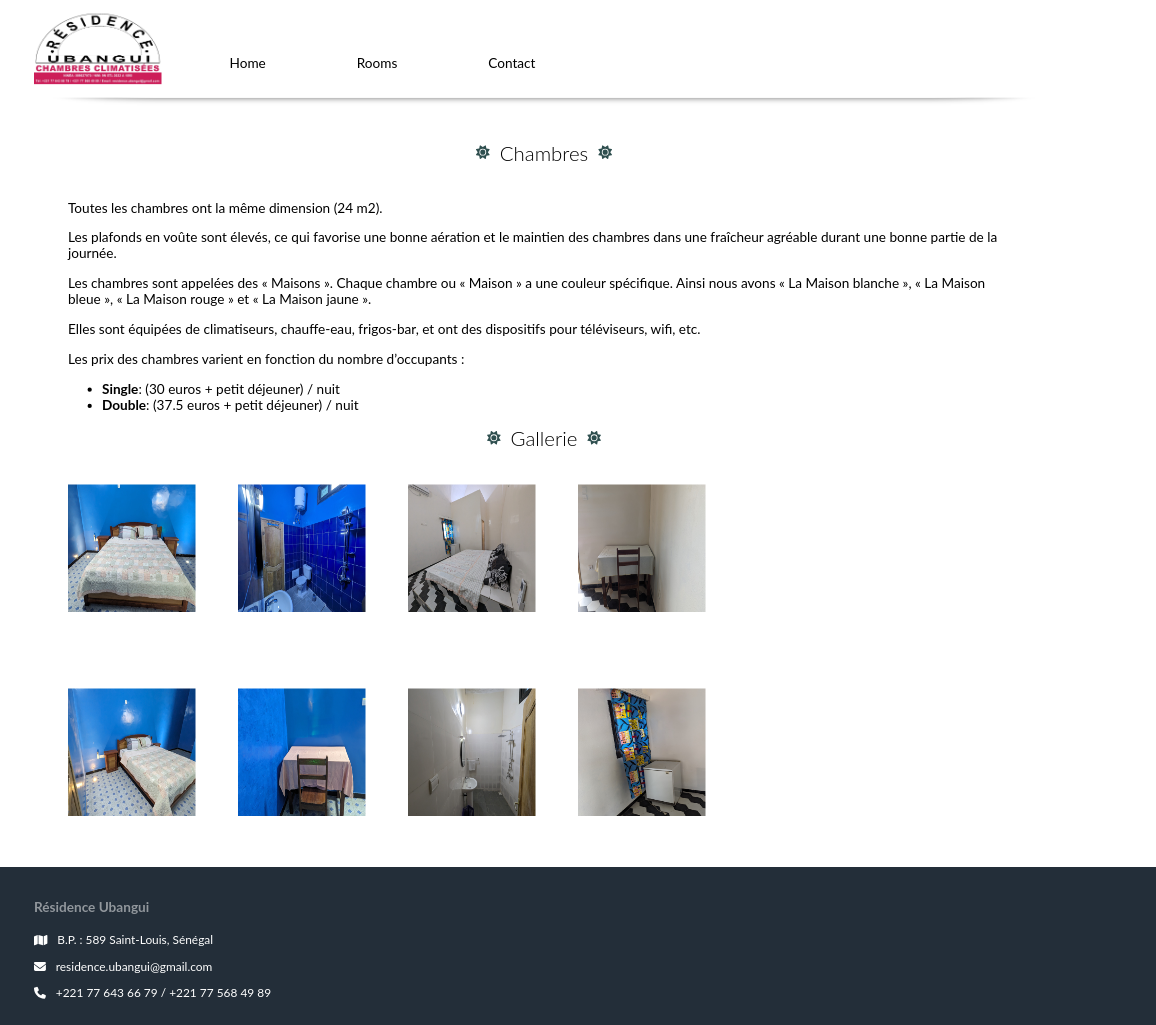
Repository: Nedjim/ubangui
Page: /rooms
An editor plug-in stored every save of this project. The page is shown before and after the next save, followed by the edit.
The browser window is 1280 px wide. The page is 1360 px wide, so the pictures cover 1360 px, including what lies to the right of the window. The pictures show the whole page, at 85% of full size.
The project was rebuilt for these pictures with package versions that can differ from the ones it lists, and the page was loaded fresh each time. The framework's server and built-in components were replaced by stand-ins that run in the browser. Also part of the build but not shown: nuxt.config.ts, components/Carousel.vue, components/Test.vue, components/Title.vue.

Above is the page before, as saved 2024-01-14 14:08:28.

After the next save:
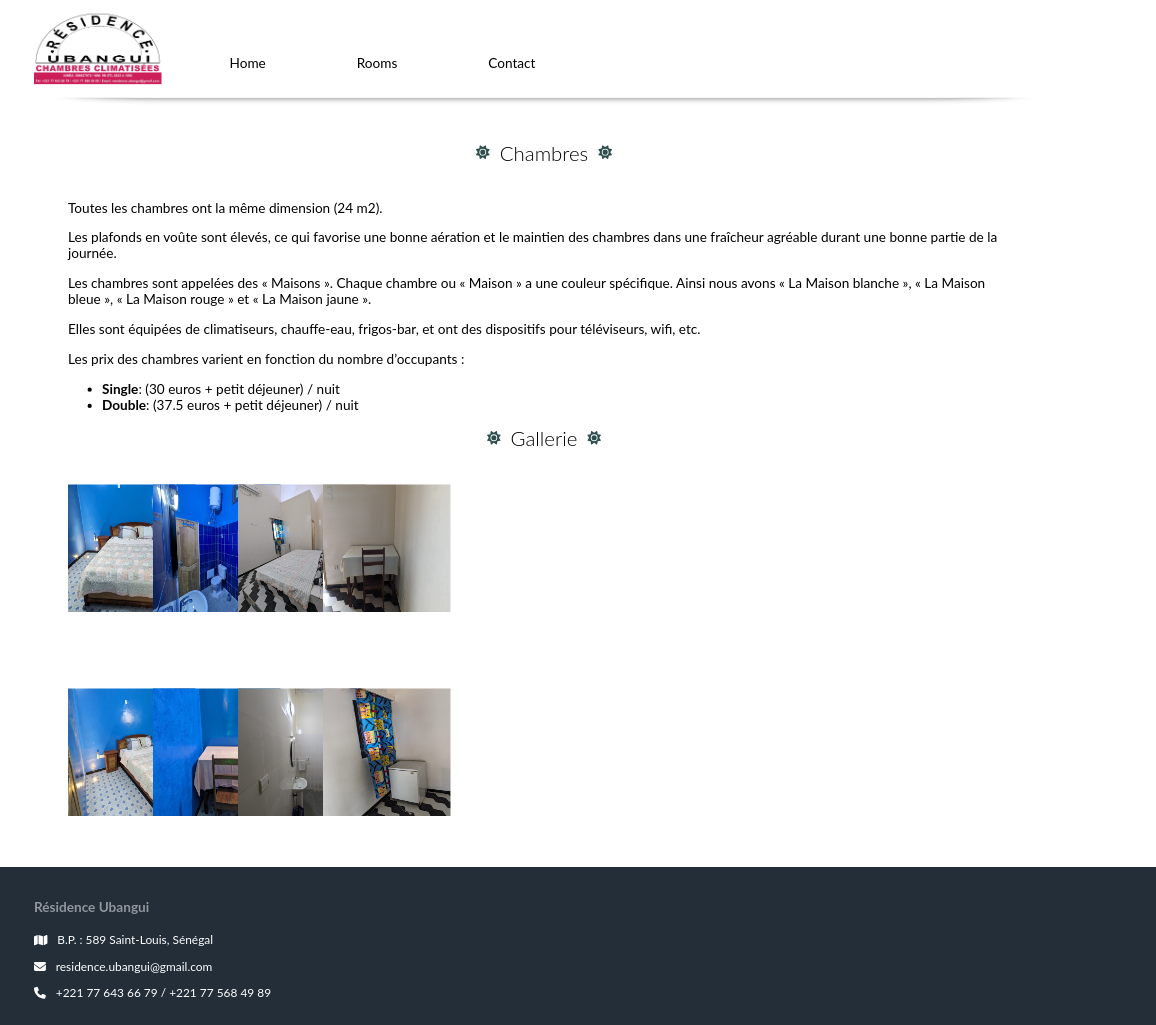
Saved 7 s later.
--- a/pages/rooms.vue
+++ b/pages/rooms.vue
@@ -76,7 +76,7 @@
 
     .gallery {
       display: grid;
-      grid: repeat(2, 80%) / auto-flow 200px;
+      grid: repeat(2, 80%) / auto-flow 100px;
       margin-top: 40px;
 
       img {
